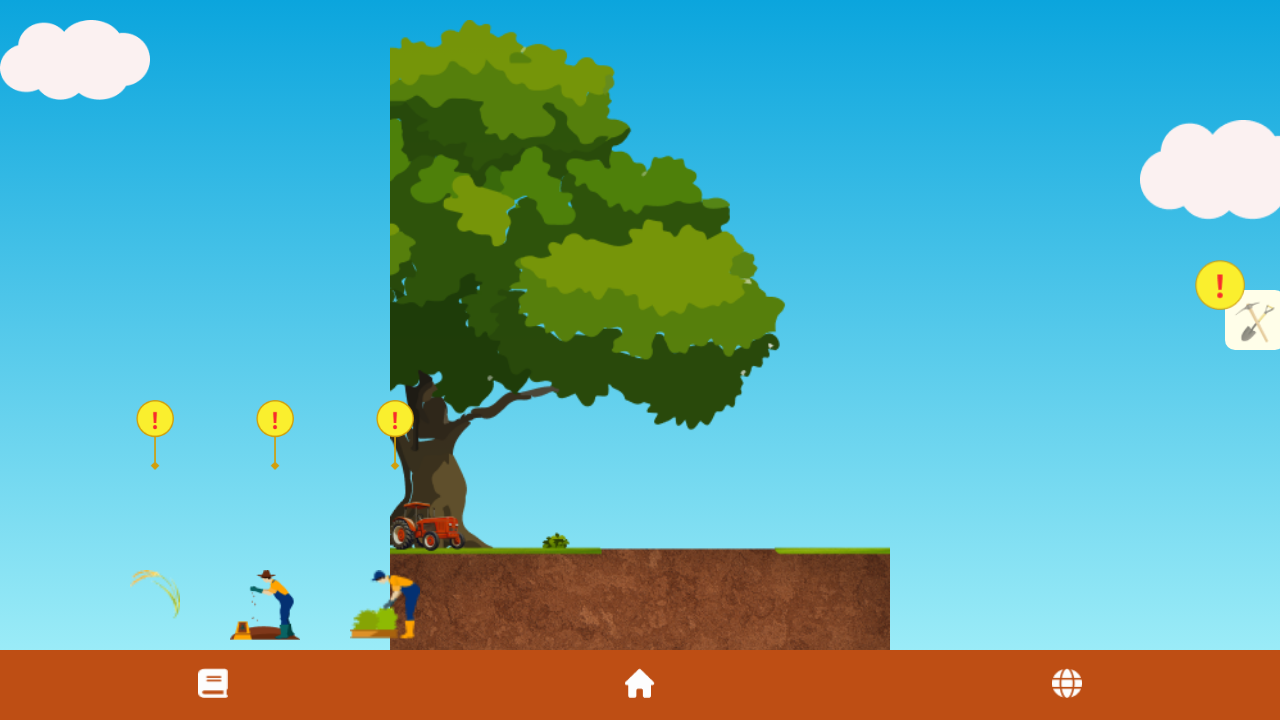
Repository: kobuchisouta/kome-app
Page: /
An editor plug-in stored every save of this project. The page is shown before and after the next save, followed by the edit.
The browser window is 1280 px wide. The pictures show the whole page.
The project was rebuilt for these pictures with package versions that can differ from the ones it lists, and the page was loaded fresh each time. The framework's server and built-in components were replaced by stand-ins that run in the browser. Also part of the build but not shown: next.config.ts.

Above is the page before, as saved 2025-01-29 11:16:36.

After the next save:
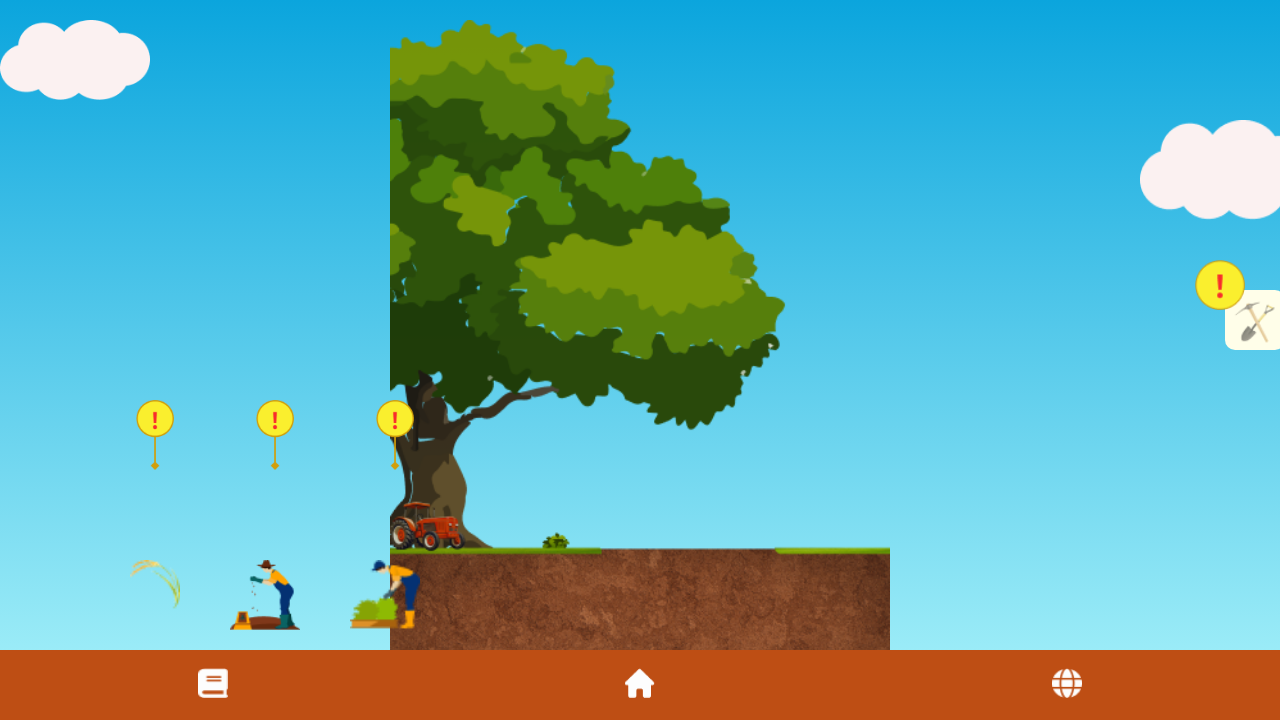
Saved 8 s later.
--- a/src/app/page.module.css
+++ b/src/app/page.module.css
@@ -51,7 +51,7 @@
 		position: relative;
 		display: flex;
 		gap: 50px;
-		top: 570px;
+		top: 560px;
 		left: 130px;
 	}
 
